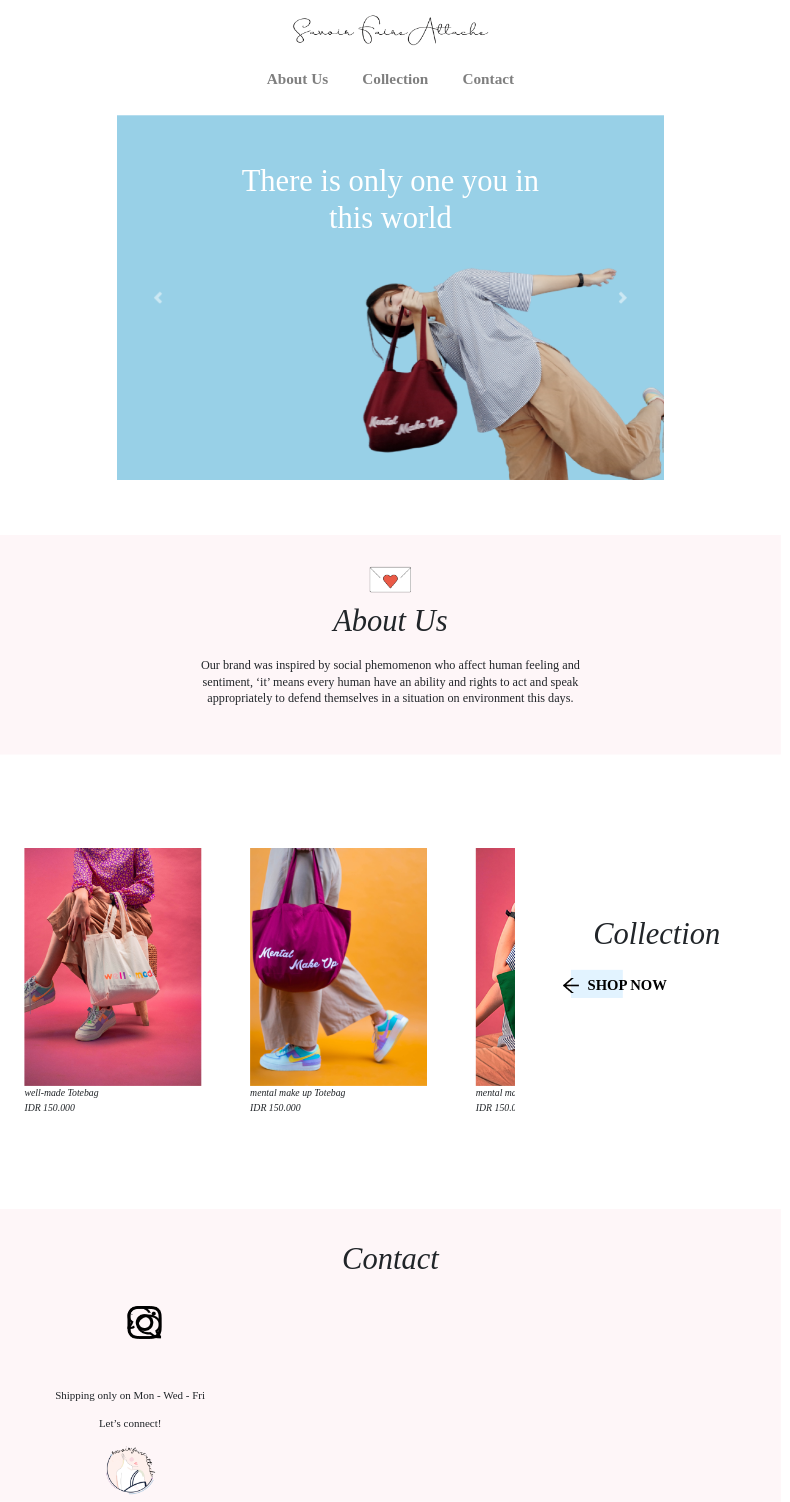
Repository: bismowibi/savoir
Page: index.html
The author's editor kept a copy of each file at every save. The page is drawn from the files as they stood at one save, then again after a run of saves.
The browser window is 1280 px wide. The page is 1295 px wide, so the pictures cover 1295 px, including what lies to the right of the window. The pictures show the whole page, at 61% of full size.
Some web fonts or font styles are not loaded; a fallback is used. Some web libraries are served in a nearby version.

Above is the page before, as saved 2020-04-06 22:33:08.

### index.html
<!doctype html>
<html lang="en">

<head>
  <title>Savoir Fairre Attache</title>
  <!-- Required meta tags -->
  <meta charset="utf-8">
  <meta name="viewport" content="width=device-width, initial-scale=1, shrink-to-fit=no">
  <!-- Internal CSS -->
  <link rel="stylesheet" href="style.css">
  <!-- Bootstrap CSS -->
  <link rel="stylesheet" href="https://stackpath.bootstrapcdn.com/bootstrap/4.3.1/css/bootstrap.min.css"
    integrity="sha384-ggOyR0iXCbMQv3Xipma34MD+dH/1fQ784/j6cY/iJTQUOhcWr7x9JvoRxT2MZw1T" crossorigin="anonymous">
  <!-- Font Face GT -->
  <link href="https://db.onlinewebfonts.com/c/4417812509ea84242dcf790e829ca350?family=GT+Walsheim+Pro+Regular" rel="stylesheet" type="text/css"/>
    <!-- Icon -->
  <script src="https://kit.fontawesome.com/c5d0666ee9.js" crossorigin="anonymous"></script>
</head>

<body>

  <!-- Optional JavaScript -->
  <!-- jQuery first, then Popper.js, then Bootstrap JS -->
  <script src="https://code.jquery.com/jquery-3.3.1.slim.min.js"
    integrity="sha384-q8i/X+965DzO0rT7abK41JStQIAqVgRVzpbzo5smXKp4YfRvH+8abtTE1Pi6jizo" crossorigin="anonymous">
  </script>
  <script src="https://cdnjs.cloudflare.com/ajax/libs/popper.js/1.14.7/umd/popper.min.js"
    integrity="sha384-UO2eT0CpHqdSJQ6hJty5KVphtPhzWj9WO1clHTMGa3JDZwrnQq4sF86dIHNDz0W1" crossorigin="anonymous">
  </script>
  <script src="https://stackpath.bootstrapcdn.com/bootstrap/4.3.1/js/bootstrap.min.js"
    integrity="sha384-JjSmVgyd0p3pXB1rRibZUAYoIIy6OrQ6VrjIEaFf/nJGzIxFDsf4x0xIM+B07jRM" crossorigin="anonymous">
  </script>

  <section id="title">
    <div class="container-fluid">

      <!-- Header-logo -->
      <header id="site-header">
        <!-- <h5>Sfa</h5> -->
        <img src="Photos/savoir.png" alt="">
      </header>

      <!-- Navigation Bar -->
      <nav class="navbar navbar-expand-lg navbar-light">
        <a class="navbar-brand d-block d-sm-block d-md-bock d-lg-none navbar-right" style="float: none;"
          href="#">Sfa</a>

        <!-- Navbar Collapse Button -->
        <button class="navbar-toggler" type="button" data-toggle="collapse" data-target="#navbarTogglerDemo02"
          aria-controls="navbarTogglerDemo02" aria-expanded="false" aria- label="Toggle navigation">
          <span class="navbar-toggler-icon"></span>
        </button>

        <!-- Navbar Menu -->
        <div class="collapse navbar-collapse" id="navbarTogglerDemo02">
          <ul class="navbar-nav mx-auto">
            <li class="nav-item"><a class="nav-link" href="#about-us">About Us</a></li>
            <li class="nav-item"><a class="nav-link" href="#collection">Collection</a></li>
            <li class="nav-item"><a class="nav-link" href="#contact">Contact</a></li>
          </ul>
      </nav>
  </section>

  <!-- Home  -->
  <section id="home">
    <!-- <div class="container"> -->
    <div id="carouselExampleControls" class="carousel slide" data-ride="carousel" data-interval="0">
      <div class="carousel-inner">
        <!-- Card 1  -->
        <div class="carousel-item active">
          <div class="row card-1">
            <div class="col-lg-12">
              <h2 class="text-center">There is only one you in <br>this world</h2>
            </div>
            <div class="col-lg-12">
              <img class="img-card-1" src="Photos/card-1.png" alt="">
            </div>
          </div>
        </div>
        <!-- Card 2  -->
        <div class="carousel-item">
          <div class="row card-2">
            <div class="col-lg-6">
              <img class="img-card-2" src="Photos/card-2.png" alt="">
            </div>
            <div class="col-lg-6">
              <h2>Chic and <br>Colourful</h2>
            </div>
          </div>
        </div>
        <!-- Card 3 -->
        <div class="carousel-item">
          <div class="row card-3">
            <div class="col-lg-6">
              <h2>Savoir Faire Attache</h2>
            </div>
            <div class="col-lg-6">
              <img class="img-card-3" src="Photos/card-3.png" alt="">
            </div>
          </div>
        </div>
        <!-- Card 4 -->
        <div class="carousel-item">
          <div class="row card-4">
            <div class="col-lg-6">
              <h2>Grab yours now!</h2>
            </div>
            <div class="col-lg-6">
              <img class="img-card-4" src="Photos/card-4-n.png" alt="">
            </div>
          </div>
        </div>
      </div>
      <!-- Button Slider  -->
      <a class="carousel-control-prev" href="#carouselExampleControls" role="button" data-slide="prev">
        <span class="carousel-control-prev-icon" aria-hidden="true"></span>
        <span class="sr-only">Previous</span>
      </a>
      <a class="carousel-control-next" href="#carouselExampleControls" role="button" data-slide="next">
        <span class="carousel-control-next-icon" aria-hidden="true"></span>
        <span class="sr-only">Next</span>
      </a>
    </div>
    </div>
  </section>

  <section id="about-us">
    <div class="container-fluid">
      <div class="row text-center">
        <div class="col-about col-lg-12 ">
          <img class="love-letter" src="Photos/love-letter.png" alt="">
        </div>
        <div class="col-lg-12 text-center">
          <h2>About Us</h2>
          <p class="">Our brand was inspired by social phemomenon who affect human feeling and <br> sentiment, ‘it’ means every human have an ability and rights to act and speak <br>appropriately to defend themselves in a situation on environment this days. </p>
        </div>
      </div>
    </div>
    </div>
  </section>


  <!-- Collection -->
  <section id="collection">
    <!-- Scroling -->
    <div class="row scrolling-row">
      <div class="col-lg-8 sm-12">
        <div class="scrolling-wrapper-flexbox">
          <div class="card">
            <img src="Photos/img-collect-1.png" alt="">
            <span>well-made Totebag <br>IDR 150.000<span>
          </div>
          <div class="card">
            <img src="Photos/img-collect-2.png" alt="">
            <span>mental make up Totebag <br>IDR 150.000<span>
          </div>
          <div class="card">
            <img src="Photos/img-collect-3.png" alt="">
            <span>mental make up Totebag <br>IDR 150.000<span>
          </div>
          <div class="card">
            <img src="Photos/img-collect-4.png" alt="">
            <span>amore Totebag <br>IDR 150.000<span>
          </div>
        </div>
      </div>
      <div class="shop-now col-lg-4 sm-12">
        <h1 class="text-center">Collection</h1>
        <div class="arrow">
          <img class="img-arrow" src="Photos/arrow-biru.png" alt="">
          <a href="https://linktr.ee/savoirfaire_attache" target="_blank">
            <h4> SHOP NOW</h4>
          </a>
        </div>

      </div>
      </di>

  </section>

  <section id="contact">
  <div class="container-fluid">
    <div class="row text-center con">
      <div class="col-lg-12">
        <h2>Contact</h2>
      </div>
      <div class="col-lg-4  contact-icon">
        <a href="https://linktr.ee/savoirfaire_attache">
          <img src="photos/text-icon.png" alt="">
        </a>
        <a href="https://www.instagram.com/savoirfaire_attache">
          <img src="Photos/ig-icon-2.png" alt=""></a>
      <
      <div class="col-lg-4 sm-3 contact-icon mail">
       <a href="https://linktr.ee/savoirfaire_attache" class="mail-img">
        <img src="Photos/mail-icon-1.png" alt="">
      </a>
        <p>team@savoirfa.com</p>
      </div>
      <div class="col-sm-12 shipping">
        <h6> Shipping only on Mon - Wed - Fri <br> Let’s connect!</h6>
        <img src="Photos/logo.png" alt="">

      </div>
    </div>
    <!-- Mobile Version Code -->
    <div class="row contact-mobile text-center">
      <div class="col-sm-4">
        <img class="line-img" src="Photos/text-icon.png" alt="">
        <img class="mail-img"   src="Photos/mail-icon.png" alt="">
        <img class="ig-img"  src="Photos/ig-icon-2.png" alt="">
      </div>
      <div class="col-sm-12">
        <h6>Shipping only on Mon - Wed - Fri </h6>
      </div>
      </div>
    </div>


  </div>





  </section>











</body>

</html>

### style.css
/* Header - Logo */
#site-header {
    text-align: center;
    padding-top: 2%;
    font-family: "BeautyDream";
    font-size: 30px;
}

#site-header h5 {
    font-size: 30px;
}

#title{
    padding-bottom: 2%;
}
/* Navigation Bar */
.navbar-nav>li {
    padding-left: 20px;
    padding-right: 20px;
    font-family: "GT Walsheim Pro Regular";
    font-weight: bold;
    font-size:25px;
    margin-top:20px;
}

.navbar-brand {
    font-family: "BeautyDream";
    font-size: 2rem !important;
}


/* Home Card Background */
.card-1 {
    background-color: #98D0E7;
}

.card-2 {
    background-color: #D54C63;
}

.card-3 {
    background-color: #FECF70;
}

.card-4 {
    background-color: #F7E6D8;
}

/* Home */
#home {
    padding: 0% 15% 7%;
}

#carouselExampleControls h2 {
    font-family: "Futura";
    font-size: 50px;
    position: relative;
}

/* Card 1  */
.img-card-1 {
    position: relative;
    left: 35%;
    height: 470px;
}

.card-1 h2 {
    top: 60%;
    color: white;
}

/* Card 2 */
.img-card-2 {
    position: relative;
    left: 25%;
}

.card-2 h2 {
    color: #ffff;
    top: 40%;
    left: 10%;
}

/* Card 3 */
.card-3 h2 {
    color: #9C7C62;
    top: 35%;
    left: 23%;
}

/* Card-4 */
.card-4 h2 {
    left: 30%;
    top: 20%;
    color: #D54C63;
}

.img-card-4{

}
/* About Us */
#about-us {
    background-color: #FEF6F8;
    height: 360px;
    /* text-align: center; */
    padding: 3% 15% 3%;
    font-family: "GTWalsheimProRegular";
}

#about-us p{
    font-size: 20px;
    line-height: 27px;
    margin-top:30px;
}

#about-us h2 {
    font-family: Futura;
    font-style: italic;
    font-weight: 500;
    font-size: 50px;
}


/* Collection */

#collection {
    padding-top: 12%;
    padding-bottom:12%;
    font-family: "Futura";
    font-weight: 500;
    font-style: italic;
}

.scrolling-wrapper-flexbox {
    display: flex;
    white-space: nowrap;
    overflow-x: scroll;
    overflow-y:hidden;



}

.scrolling-wrapper-flexbox::-webkit-scrollbar {
    display: none;

}


.card {
    flex: 0 0 auto;
    /* height: 290px;
    width: 390px; */
    margin-left: 40px;
    margin-right: 40px;
    border: none !important;

}

#collection h1 {
    font-size: 50px;
    margin-top: 110px;

}

.arrow {
    margin-left: 45px;
    margin-top: 30px;

}

.arrow h4 {
    left: 24%;
    position: absolute;
    top: 48%;
    font-style: normal;
    font-weight: bold;
}

#collection a {
    color: black;
}

#collection a:hover {
    color: #d24967;
}



/* Contact */

#contact{
    padding: 3% 0% 0% 0%;
    background-color: #FEF6F8 ;
    font-family: "Futura";
}

#contact h2{
    font-size: 50px;
    font-style: italic;
    padding-top: 1%;
}

.contact-icon{
    padding-top:40px;
}

.shipping h6{
    font-size: 18px;
    margin-top: 15px;
    line-height: 45px;
    padding-top: 3%;
}

.contact-icon a {
    position: absolute;
    z-index: 9999;
 }


/* Only Show on Web */

@media only screen and (min-width:990px) {
.line{
    left:360px;
}

.mail{
    right: 370px;
    top: 10px;
}

#contact .contact-mobile{
    display: none;
}

}
#contact p{
    margin-top: 10px;
    opacity: 0;

}





/* Mobile Version */
@media only screen and (max-width:990px) {
    #site-header {
        display: none;
    }
}




@media only screen and (max-width:990px) {
    #home {
        padding: 0 0 0 0 !important;
    }
    .navbar-nav>li{
        font-size:15px;
    }
    /* Heading 2 Mobile */
    #carouselExampleControls h2 {
        font-size: 30px;
        text-align: center;
        display: flex;
        flex-direction: column;

    }

    #carouselExampleControls br{
        display: none;
    }

    .card-1, .card-2, .card-3, .card-4{
       height: 500px;
    }


    /* Card 1 Mobile */
    .img-card-1 {
        height: 80%;
        width: auto;
        position: relative;
        left: 4%;
        top: 3%;

    }

    /* Card 2 Mobile */
    .img-card-2 {
        position: relative;
        top: 22%;
        left: 10%;
        width: 80%;
    }

    .card-2 h2 {
        left: 0%;
        top: -1000%;
}


    /* Card 3 Mobile */
    .card-3 h2 {
        left:0%;
        top:130%;
    }

    .img-card-3 {
        width: auto;
        height: 70%;
        position: relative;
        left: 10%;
        top: 9%;

    }

    /* Card 4 Mobile */
    .img-card-4 {
        width: 81.5%;
        left: 10%;
        position: relative;
        top: 0%;
    }

    .card-4 h2 {
        left:0%;
        top:130%;
    }


    /* About Us Mobile Ver */
    #about-us {
        margin-top: 20%;
        padding-left: 0%;
        padding-right: 0%;
    }

    #about-us br{
        display: none;
    }

    #about-us h2 {
        font-size: 30px;
    }

    #about-us p {
        font-size: 15px;
        line-height: 24px;
    }

    #about-us .row{
        padding-top:40px;
    }

    /* Collection  Mobile Ver*/
    #collection {
        padding-top: 20%;
    }

    #collection h1 {
        font-size: 30px;
        margin-top: 0;

    }

    .arrow h4 {
        font-size: 15px;
        ;
        left: 30%;

    }

    .scrolling-row {
        display: flex;
        flex-direction: column-reverse;
    }

    .img-arrow {
        left: 5%;
        position: relative;
        margin-bottom: 13%;
    }
    #contact h2{
        font-size:30px;
        padding-top:5%;
    }

    .con{
        padding-top:2%;
    }
    .contact-icon{
        display: none;
    }

    .contact-mobile{
        padding-top: 10%;
    }
    .mail-img, .line-img, .ig-img {
        width: auto;
        height:60%;
        margin-left:4%;
        margin-right:4%;

    }


    .contact-mobile h6{
        font-size: 14px;
        padding-top: 20px;
    }





}


}

/* Font  */



@font-face{

    font-family: 'GTWalsheimProRegular';
    src: url('Font/GTWalsheimPro-Regular.eot');
    src: url('Font/GTWalsheimPro-Regular.eot?#iefix') format('embedded-opentype'),
         url('Font/GTWalsheimPro-Regular.woff2') format('woff2'),
         url('Font/GTWalsheimPro-Regular.woff') format('woff'),
         url('Font/GTWalsheimPro-Regular.svg#GTWalsheimPro-Regular') format('svg');
    font-weight: normal;
    font-style: normal;

    }


@font-face {

    font-family: 'BeautyDream';
    src: url('Font/Beauty-Dream.eot');
    src: url('Font/Beauty-Dream.eot?#iefix') format('embedded-opentype'),
         url('Font/Beauty-Dream.woff2') format('woff2'),
         url('Font/Beauty-Dream.woff') format('woff'),
         url('Font/Beauty-Dream.svg#Beauty-Dream') format('svg');
    font-weight: normal;
    font-style: normal;

    }
    @import url(https://db.onlinewebfonts.com/c/4417812509ea84242dcf790e829ca350?family=GT+Walsheim+Pro+Regular);

    @font-face {font-family: "GT Walsheim Pro Regular"; src: url("https://db.onlinewebfonts.com/t/4417812509ea84242dcf790e829ca350.eot"); src: url("https://db.onlinewebfonts.com/t/4417812509ea84242dcf790e829ca350.eot?#iefix") format("embedded-opentype"), url("https://db.onlinewebfonts.com/t/4417812509ea84242dcf790e829ca350.woff2") format("woff2"), url("https://db.onlinewebfonts.com/t/4417812509ea84242dcf790e829ca350.woff") format("woff"), url("https://db.onlinewebfonts.com/t/4417812509ea84242dcf790e829ca350.ttf") format("truetype"), url("https://db.onlinewebfonts.com/t/4417812509ea84242dcf790e829ca350.svg#GT Walsheim Pro Regular") format("svg"); }

After the next 3 saves:
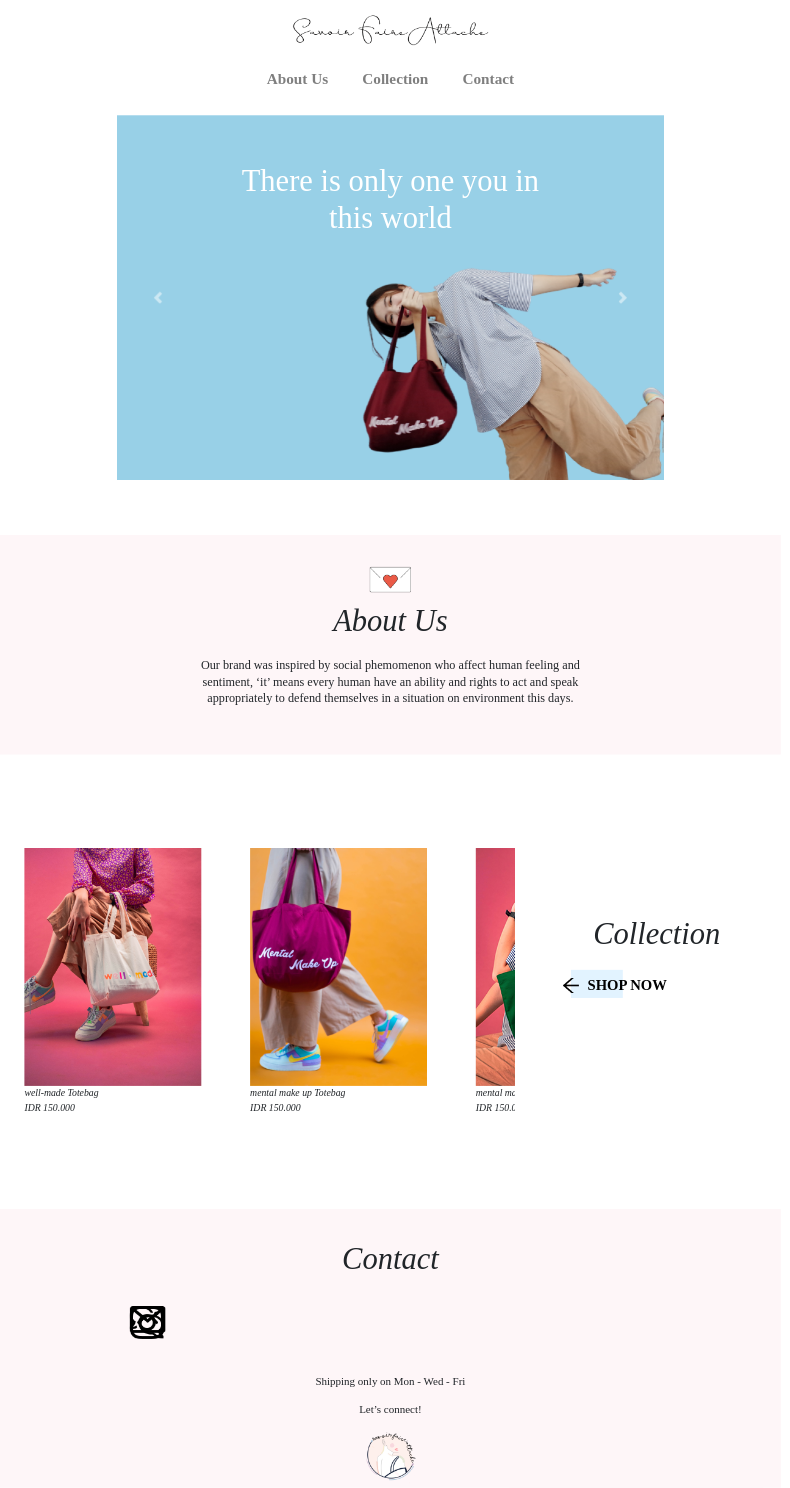
The 3 saves are shown as one change because they came seconds apart.
The last was saved 8 s later.
--- a/index.html
+++ b/index.html
@@ -190,8 +190,7 @@
         </a>
         <a href="https://www.instagram.com/savoirfaire_attache">
           <img src="Photos/ig-icon-2.png" alt=""></a>
-      <
-      <div class="col-lg-4 sm-3 contact-icon mail">
+
        <a href="https://linktr.ee/savoirfaire_attache" class="mail-img">
         <img src="Photos/mail-icon-1.png" alt="">
       </a>
